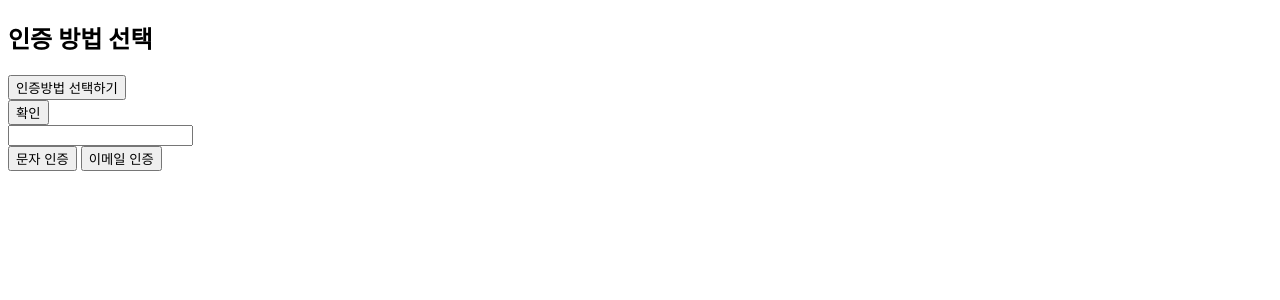
Repository: 0hmuse/day0330-2
Page: day0330-1/src/main/resources/static/test2.html
These files come from the project's save history. The page is drawn as it stood at one moment and after the next save; the edit follows.
The browser window is 1280 px wide. The pictures show the whole page.

Above is the page before, as saved 2020-03-30 08:34:47.

After the next save:
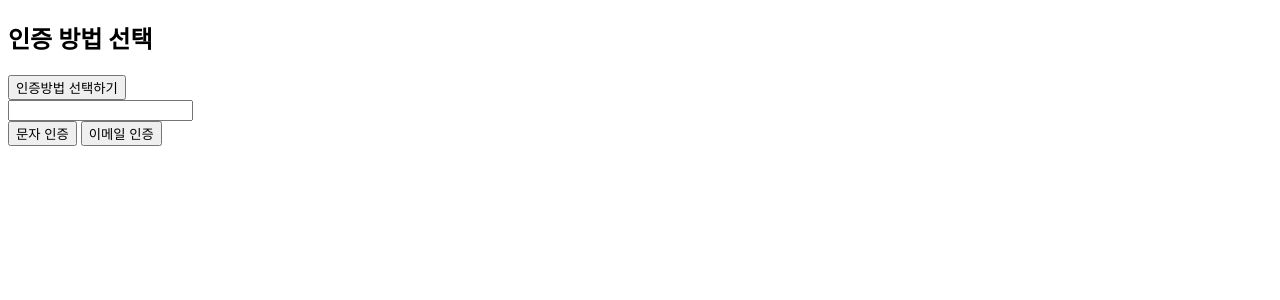
Saved 19 s later.
--- a/day0330-1/src/main/resources/static/test2.html
+++ b/day0330-1/src/main/resources/static/test2.html
@@ -7,24 +7,7 @@
 <script type="text/javascript">
 $(function(){
 
-	$("#select").click(function(){
-		var text = $("<span>인증할 번호, 이메일을 입력하세요</span>")
-		var input = $("<input type='text' id='in' name='in'>");
-		$("#f").append(text,input);
 
-		$("#check").click(function(){
-			var data = $("#f").serialize();
-
-			$("#sms").click("/sms.do",{data:data,success:function(r){
-				alert(sdata);
-			}})
-
-			$("#email").click("/email.do",{data:data,success:function(r){
-				alert("버튼누름");
-				alert(edata);
-				}})
-			})
-		})
 })
 
 </script>
@@ -32,10 +15,11 @@ $(function(){
 <body>
 <h2>인증 방법 선택</h2>
 <button id="select">인증방법 선택하기</button><br>
-<button id="check">확인</button><br>
+
 <form id="f">
 	<input type="text" id="in" name="in">
 </form>
+
 	<button id="sms">문자 인증</button>
 	<button id="email">이메일 인증</button>
 </body>
